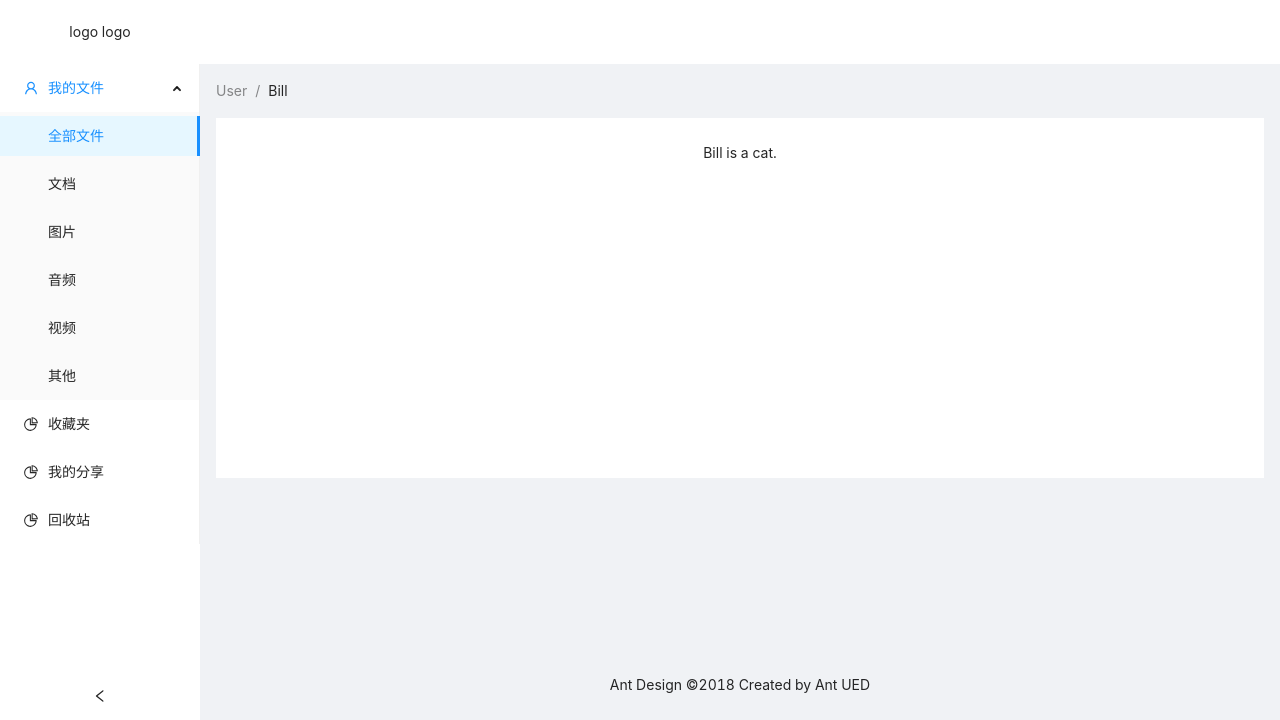
Repository: xstnet/starfire-cloud-fe
Page: /
The author's editor kept a copy of each file at every save. The page is drawn from the files as they stood at one save, then again after the next save.
The browser window is 1280 px wide. The pictures show the whole page.
The project was rebuilt for these pictures with package versions that can differ from the ones it lists, and the page was loaded fresh each time.

Above is the page before, as saved 2021-09-12 16:39:53.

After the next save:
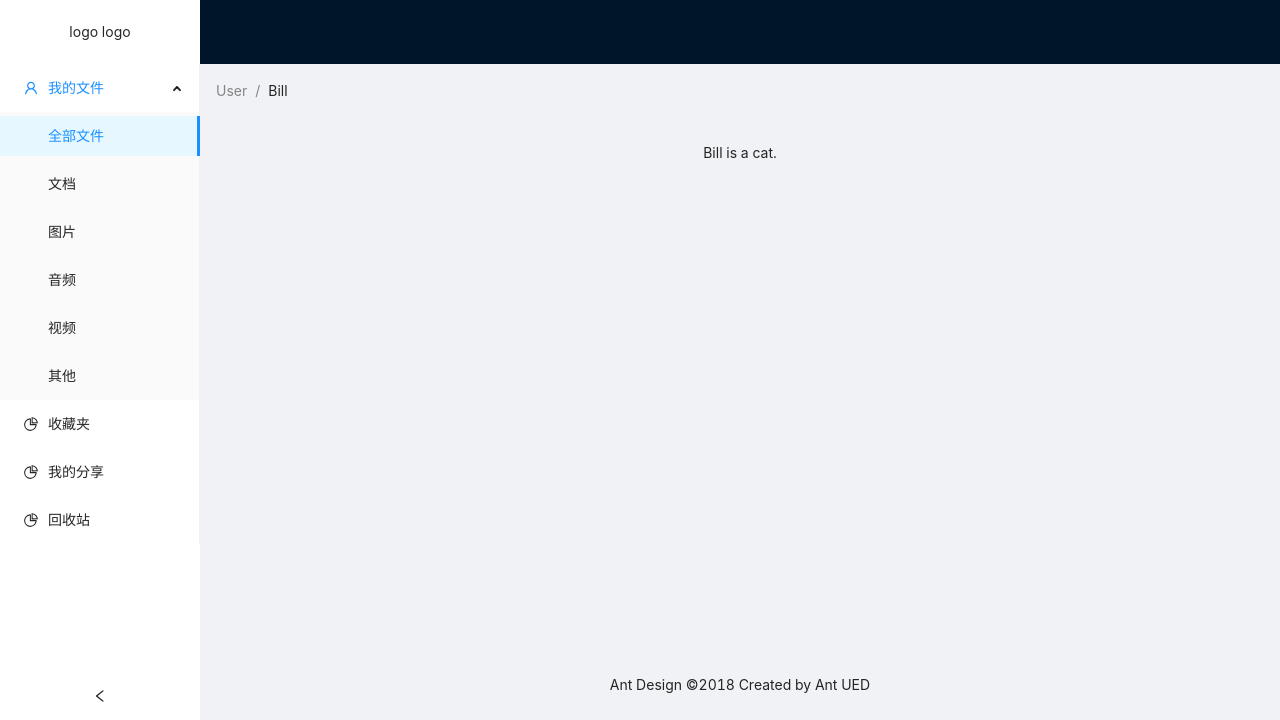
Saved 13 min 35 s later.
--- a/src/page/layout/main.css
+++ b/src/page/layout/main.css
@@ -3,7 +3,3 @@
     line-height: 64px;
     text-align: center;
   }
-
-  .site-layout .site-layout-background {
-    background: #fff;
-  }

After the save that followed:
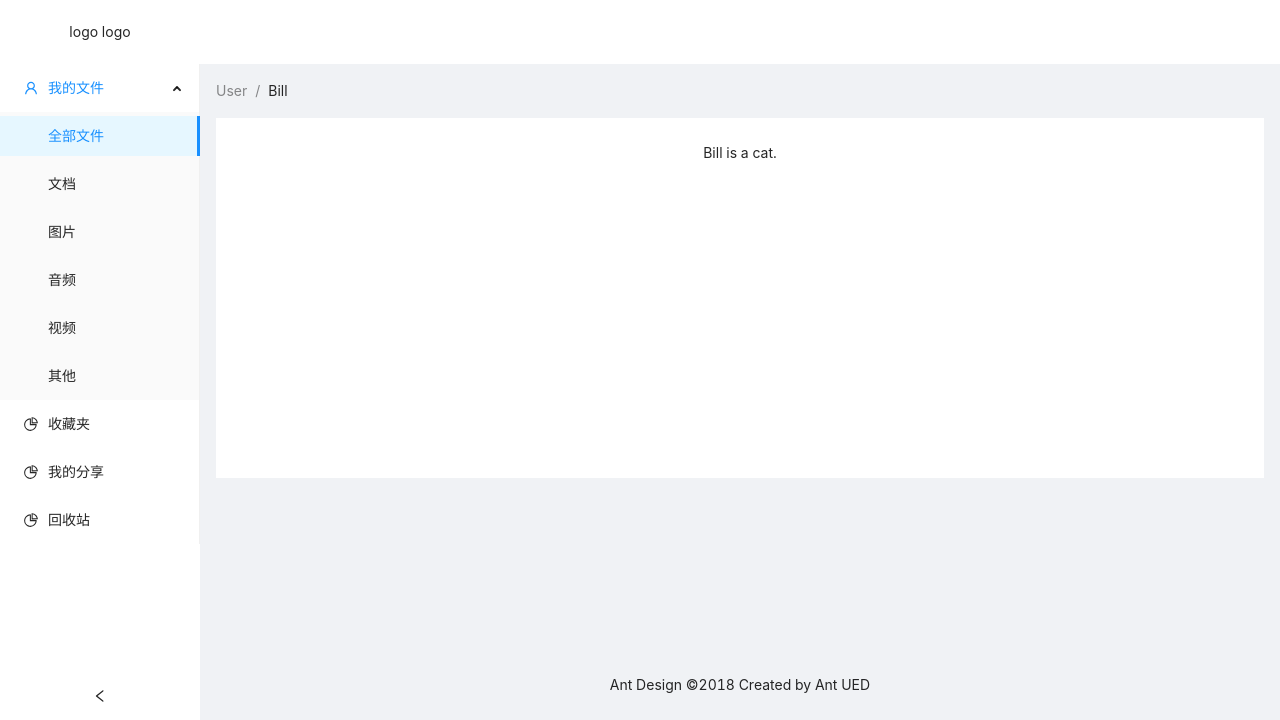
Saved 8 s later.
--- a/src/page/layout/main.css
+++ b/src/page/layout/main.css
@@ -3,3 +3,7 @@
     line-height: 64px;
     text-align: center;
   }
+
+  .site-layout .site-layout-background {
+    background: #fff;
+  }
